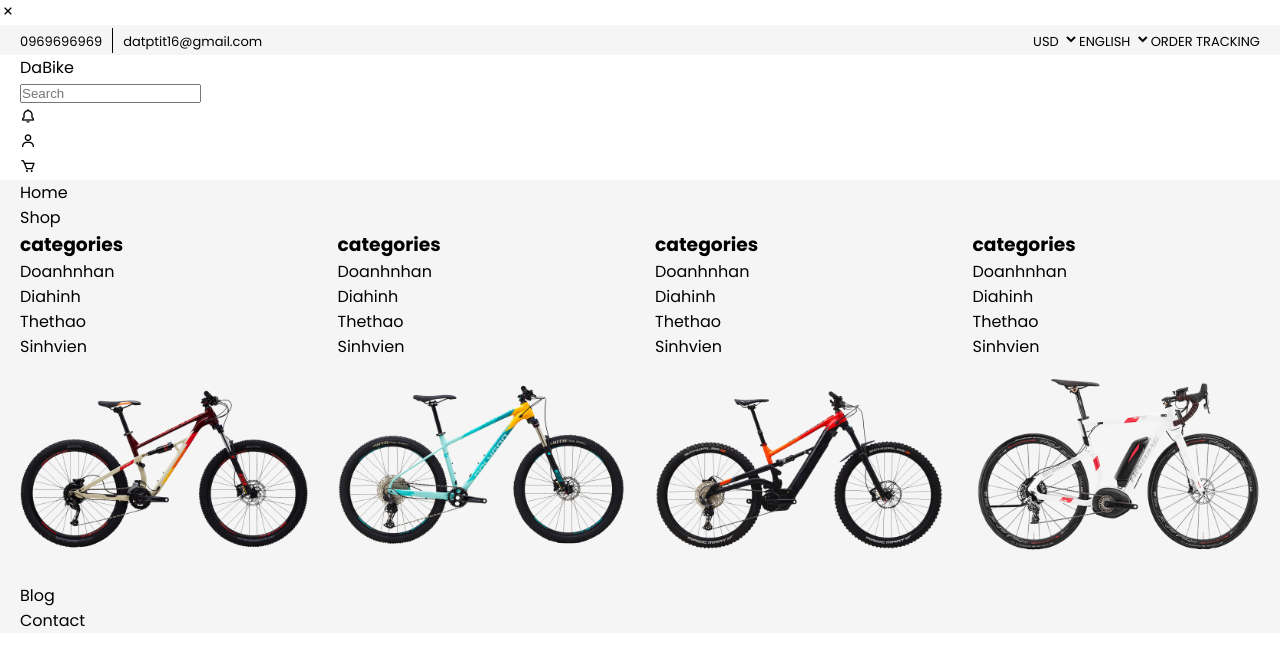
Repository: Datt21/DacMaxx
Page: index.html
The author's editor kept a copy of each file at every save. The page is drawn from the files as they stood at one save, then again after the next save.
The browser window is 1280 px wide. The pictures show the whole page.

Above is the page before, as saved 2021-07-05 00:44:02.

After the next save:
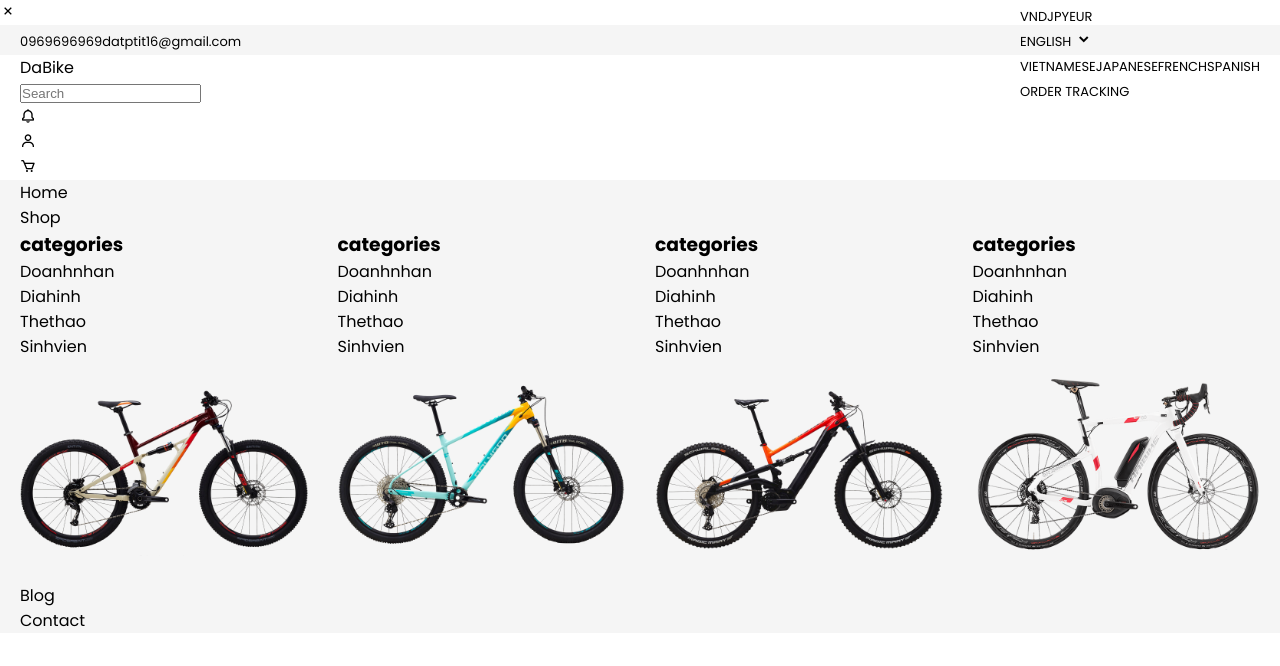
Saved 2 min 14 s later.
--- a/css/app.css
+++ b/css/app.css
@@ -89,44 +89,3 @@
 .top-header a{
     font-size: 13px;
 }
-
-ul.devided > li{
-    margin-right: 10px;
-    padding-right: 10px;
-    border-right: 1px solid;
-}
-
-ul.devided > li:last-child{
-    border-right: none;
-}
-
-/* dropdown */
-.dropdown{
-    position: relative;
-}
-
-.devided{
-    display: flex;
-    justify-content: space-between;
-    align-items: center;
-}
-
-.dropdown:hover .dropdown-content{
-    top: 100%;
-    opacity: 1;
-    visibility: visible;
-}
-
-.dropdown-content{
-    display: flex;
-    opacity: 0;
-    visibility: hidden;
-    position: absolute;
-    top: calc(100% + 10px);
-    background-color: #fff;
-    flex-direction: column;
-    box-shadow: rgba(100, 100, 111, 0.2) 0px 7px 29px 0;
-    transition: all .4s cubic-bezier(0.77, 0, 0.175, 1);
-}
-
-/* end dropdown */

After the save that followed:
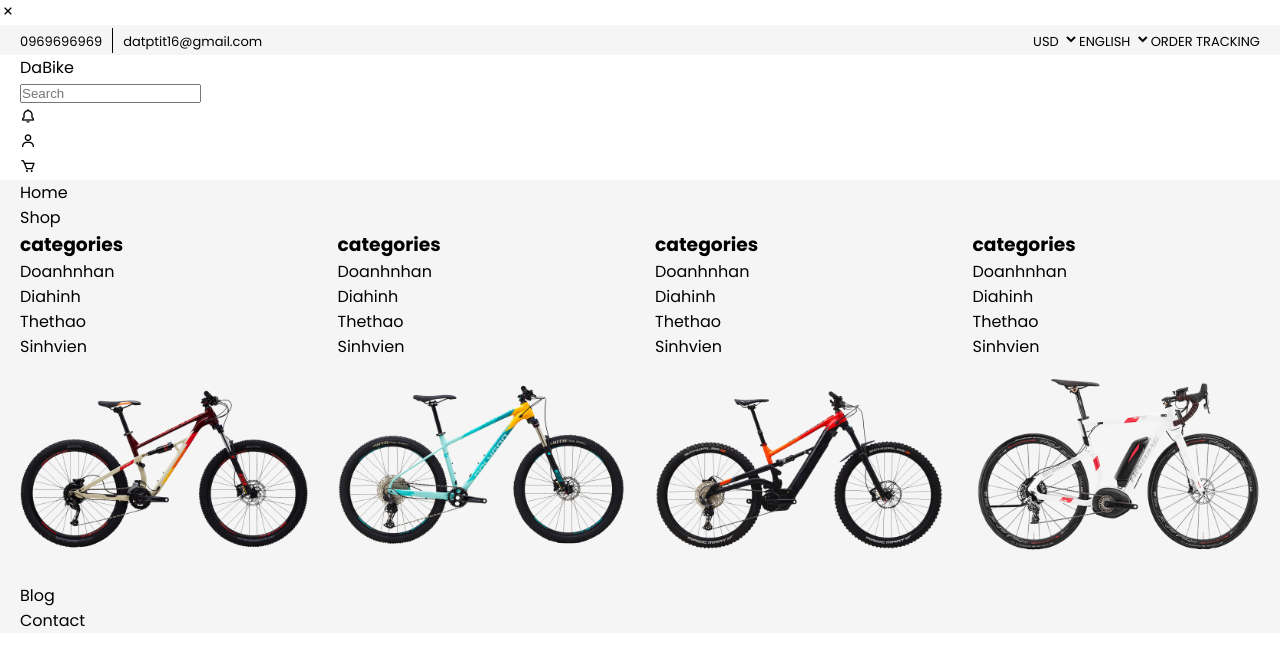
Saved 2 min 34 s later.
--- a/css/app.css
+++ b/css/app.css
@@ -89,3 +89,44 @@
 .top-header a{
     font-size: 13px;
 }
+
+ul.devided > li{
+    margin-right: 10px;
+    padding-right: 10px;
+    border-right: 1px solid;
+}
+
+ul.devided > li:last-child{
+    border-right: none;
+}
+
+/* dropdown */
+.dropdown{
+    position: relative;
+}
+
+.devided{
+    display: flex;
+    justify-content: space-between;
+    align-items: center;
+}
+
+.dropdown:hover .dropdown-content{
+    top: 100%;
+    opacity: 1;
+    visibility: visible;
+}
+
+.dropdown-content{
+    display: flex;
+    opacity: 0;
+    visibility: hidden;
+    position: absolute;
+    top: calc(100% + 10px);
+    background-color: #fff;
+    flex-direction: column;
+    box-shadow: rgba(100, 100, 111, 0.2) 0px 7px 29px 0;
+    transition: all .4s cubic-bezier(0.77, 0, 0.175, 1);
+}
+
+/* end dropdown */
